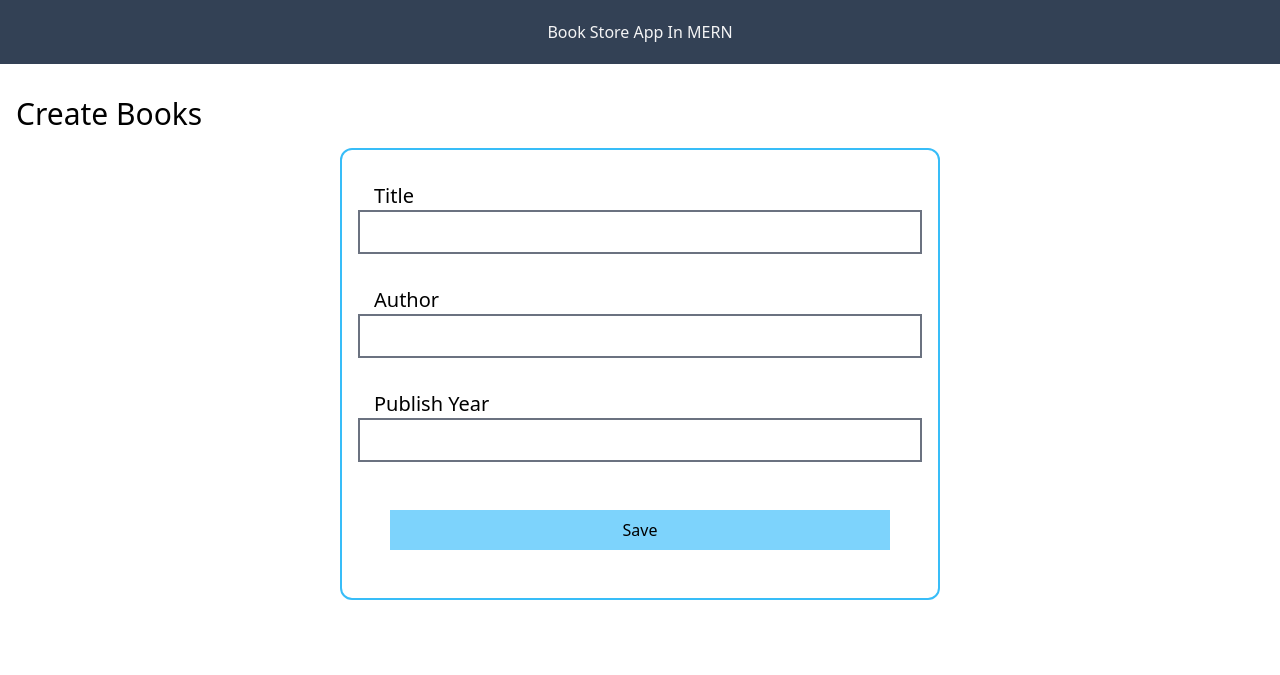
Repository: Attar786/Book_Menagment_Store
Page: /books/create (app in frontend/)
The author's editor kept a copy of each file at every save. The page is drawn from the files as they stood at one save, then again after the next save.
The browser window is 1280 px wide. The pictures show the whole page.
The project was rebuilt for these pictures with package versions that can differ from the ones it lists, and the page was loaded fresh each time. Also part of the build but not shown: frontend/vite.config.js, frontend/components/Spinner.jsx, frontend/src/pages/Home.jsx, frontend/src/pages/ShowBooks.jsx, frontend/src/pages/EditBooks.jsx, frontend/src/pages/DeleteBooks.jsx.

Above is the page before, as saved 2024-08-13 14:17:31.

After the next save:
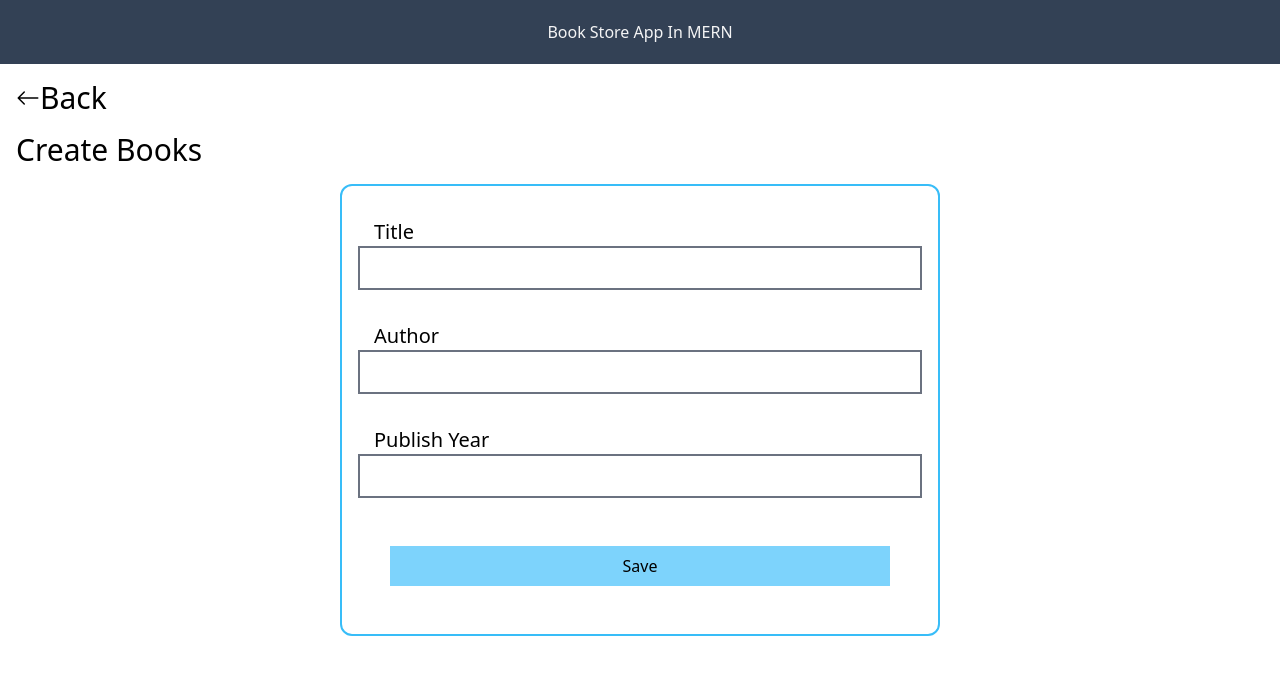
Saved 72 s later.
--- a/frontend/src/pages/CreateBooks.jsx
+++ b/frontend/src/pages/CreateBooks.jsx
@@ -30,6 +30,7 @@ const CreateBooks = () => {
 
   return (
     <div className='p-4'>
+      <BackButton />
       <h1 className='my-4 text-3xl'>Create Books</h1>
       {loading ? <Spinner /> : ""}
       <div className="flex flex-col border-2 border-sky-400 rounded-xl w-[600px] p-4 mx-auto">  {/* Corrected */}
